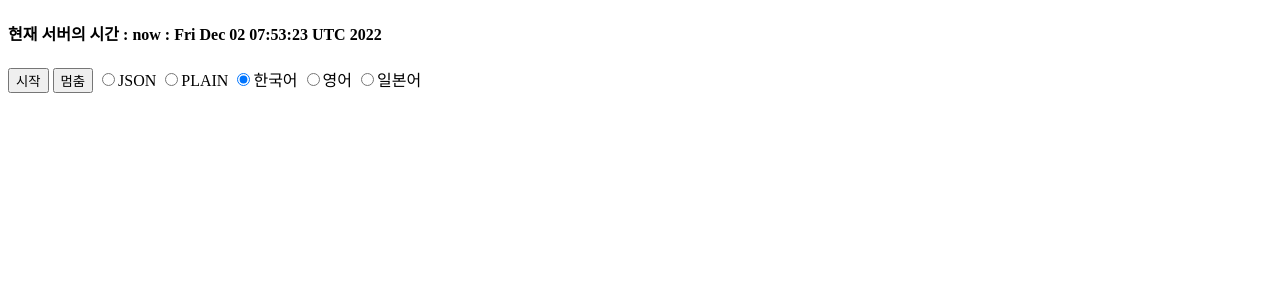
Repository: YOUNARAE/JSP
Page: http://localhost/WebStudy01/05/autoRequestCopy.jsp
An editor plug-in stored every save of this project. The page is shown before and after a run of saves, followed by the edit.
The browser window is 1280 px wide. The pictures show the whole page.
The page is served by Tomcat 9. Other server files are loaded and not shown.

Above is the page before, as saved 2022-12-13 12:10:51.

### WebStudy01/src/main/webapp/05/autoRequestCopy.jsp
<%@page import="java.util.Date"%>
<%@page import="java.util.Locale"%>
<%@ page language="java" contentType="text/html; charset=UTF-8"
    pageEncoding="UTF-8"%>
<!DOCTYPE html>
<html>
<head>
<meta charset="UTF-8">
<title>05/autoRequest.jsp</title>
<script type="text/javascript" src="${pageContext.request.contextPath}/resources/jquery-3.6.1.min.js"></script>
</head>
<body>
<!-- 문제 : radio버튼을 이용해서 파일 형식에 맞게 출력될 수 있도록하고,시작,중단버튼을 이용해서
          시간 제어가 가능해야한다. -->
<%--
	response.setIntHeader("Refresh", 1);
--%>
<%-- =new Date()--%>
<h4>현재 서버의 시간 : <span id="timeArea"> </span></h4>
<button class="controlBtn"  data-control-type="START">시작</button>
<button class="controlBtn"  data-control-type="STOP">멈춤</button>
<input type="radio" name="dataType" data-data-type="json" />JSON
<input type="radio" name="dataType" data-data-type="text" />PLAIN
<input type="radio" name="locale" value="<%=Locale.KOREAN.toLanguageTag()%>" checked />한국어
<input type="radio" name="locale" value="<%=Locale.ENGLISH.toLanguageTag()%>" />영어
<input type="radio" name="locale" value="<%=Locale.JAPANESE.toLanguageTag()%>" />일본어

<script type="text/javascript">
	// 먼저 jsp에서 UI 작업을 먼저 해준다
	let timeArea = $("#timeArea"); // span태그를 아이디를 이용해 timeArea에 제이쿼리 객체로 담는다
	//1단계 : 없던 버튼이 생겼다. 버튼에 대한 이벤트를 처리해준다
	// 이벤트는 클릭이벤트다.
	let controlBtns = $(".controlBtn").on("click",function(){ //.controlBtn를 제이쿼리 객체로 만들어서 클릭이벤트를 열어준다
		//버튼이 2개이기 때문에 2개를 걸러주는 작업을 해야한다.
		//이 버튼을 눌렀을 때
		let controlType = $(this).data("controlType");
		//눌린 버튼을 제이쿼리 객체화를 시켜서 controlType에 담았다
		console.log(controlType);
		if(controlType=="START"){
			//버튼이 시작하면 시계가 작동해야된다
			let watch = setInterval(sendRequest,1000);
			timeArea.data("watch", watch);
		} else {
			//버튼이 중지일 때 시계가 멈춘다
			let watch = timeArea.data("watch");
			if(watch){
				clearInterval(watch);
				timeArea.data("watch", null);
			}
		}
	});


	//2단계 : 라디오버튼이 선택되면 선택된 json이나 text dataType으로 떠야한다

	//3단계 : 라디오 버튼이 선택되면 선택된 언어로 파라미터를 받아와야한다.
	let sendRequest = function(){
		$.ajax({
			url : "${pageContext.request.contextPath}/05/getServerTimeCopy",
			dataType : "json",
			success : function(resp){
				timeArea.html(resp.now);
			},
			error : function(jqXHR, status, error) {
				console.log(jqXHR);
				console.log(status);
				console.log(error);
			}
		});
	}
	setInterval(sendRequest,1000);
</script>
</body>
</html>

### WebStudy01/src/main/java/kr/or/ddit/servlet05/GetServerTimeControllerServletCopy.java
package kr.or.ddit.servlet05;

import java.io.IOException;
import java.util.Date;
import java.util.Locale;

import javax.servlet.ServletException;
import javax.servlet.annotation.WebServlet;
import javax.servlet.http.HttpServlet;
import javax.servlet.http.HttpServletRequest;
import javax.servlet.http.HttpServletResponse;

@WebServlet("/05/getServerTimeCopy")
public class GetServerTimeControllerServletCopy extends HttpServlet{

	@Override
	protected void doGet(HttpServletRequest req, HttpServletResponse resp) throws ServletException, IOException {

		//2
		Date now = new Date();
		String nowStr = String.format(Locale.CANADA, "now : %tc",now);
		req.setAttribute("now", nowStr);//toString()
		resp.setHeader("Refresh", "1");
		String viewName = "/jsonView.do";
		req.getRequestDispatcher(viewName).forward(req,resp);
	}
}

Loaded but not shown: WebStudy01/src/main/webapp/resources/jquery-3.6.1.min.js (library)

After the next 2 saves:
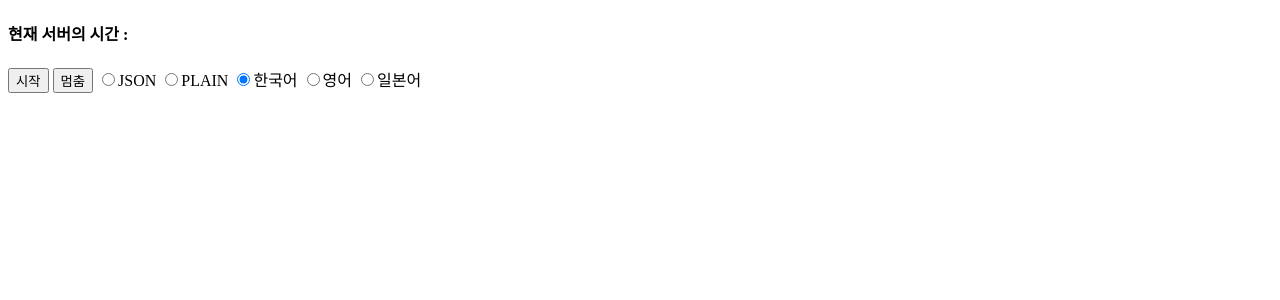
The 2 saves are shown as one change because they came seconds apart.
The last was saved 17 s later.
--- a/WebStudy01/src/main/webapp/05/autoRequestCopy.jsp
+++ b/WebStudy01/src/main/webapp/05/autoRequestCopy.jsp
@@ -68,7 +68,7 @@
 			}
 		});
 	}
-	setInterval(sendRequest,1000);
+
 </script>
 </body>
 </html>
